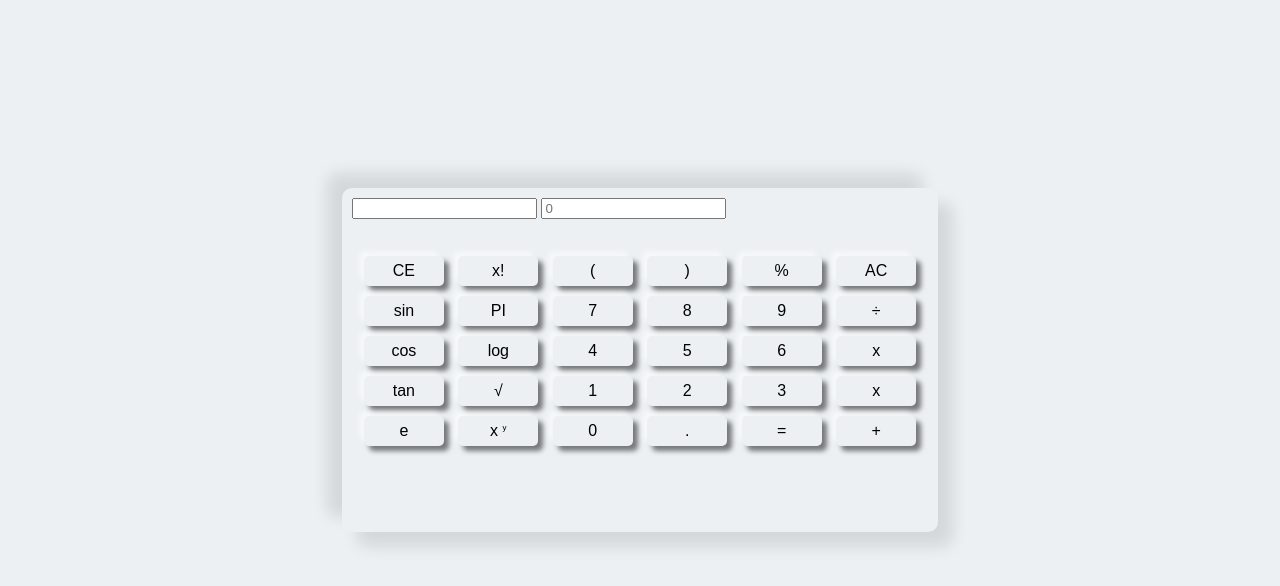
Repository: Haakim19/Scientific-Calculator
Page: intex.html
These files come from the project's save history. The page is drawn as it stood at one moment and after the next save; the edit follows.
The browser window is 1280 px wide. The pictures show the whole page.

Above is the page before, as saved 2024-10-27 12:39:18.

After the next save:
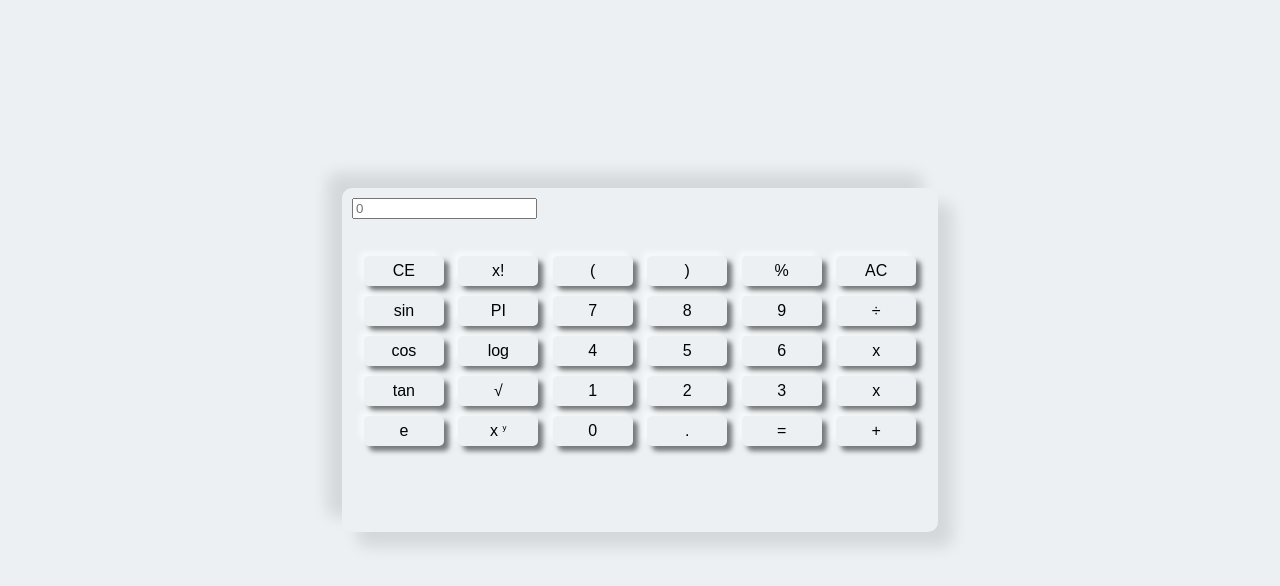
Saved 42 s later.
--- a/intex.html
+++ b/intex.html
@@ -9,8 +9,7 @@
 <body>
     <div class="container">
         <div class="display">
-                <input type="text" id="screen1" readonly >
-                <input type="text" id="screen2" placeholder="0" >
+                <input type="text" id="screen" placeholder="0" >
         </div>
         <div class="btns">
             <div class="row">
